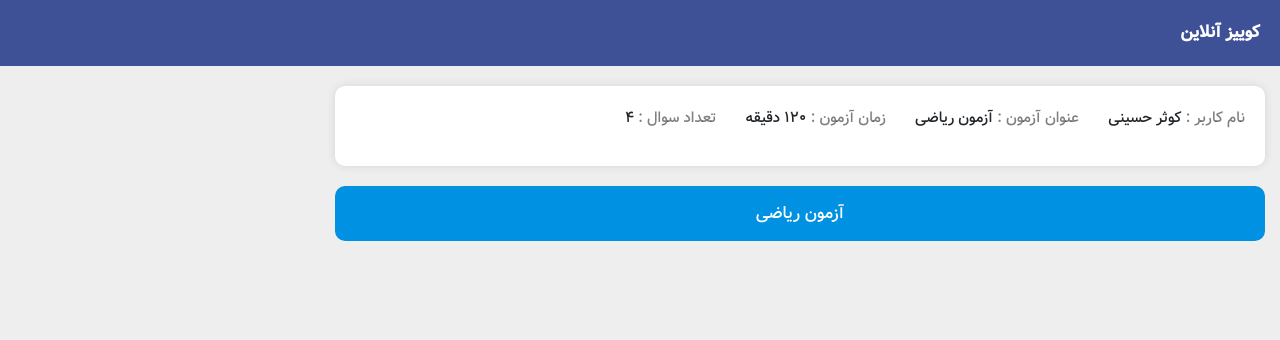
Repository: kosar78/quiz-online
Page: quiz.html
An editor plug-in stored every save of this project. The page is shown before and after the next save, followed by the edit.
The browser window is 1280 px wide. The pictures show the whole page.
Some web libraries are served in a nearby version.

Above is the page before, as saved 2022-01-09 21:13:18.

### quiz.html
<!DOCTYPE html>
<html lang="en">
<head>
    <meta charset="UTF-8">
    <meta name="viewport" content="width=device-width, initial-scale=1.0">
    <link rel="stylesheet" href="css/quiz.css">
    <link rel="stylesheet" href="bootstrap_files/css/bootstrap.min.css">
    <script type="text/javascript" src="JQuery_file/jQuery.js"></script>
    <script type="text/javascript" src="bootstrap_files/js/bootstrap.min.js"></script>
    <!-- <script type="text/javascript" src="js/signin.js"></script> -->
    <title>امتحان</title>
</head>
<body>
    <div class="container-fluid signin-container">
        <div class="row main-row">
            <div class="headerr">کوییز آنلاین</div>

            <div class="col-xl-9">
                <div class="quiz-details">
                    <ul>
                        <li>
                            <ul>
                                <li class="q-info-title">نام کاربر :</li>
                                <li>کوثر حسینی</li>
                            </ul>
                        </li>
                        <li>
                            <ul>
                                <li class="q-info-title">عنوان آزمون :</li>
                                <li>آزمون ریاضی</li>
                            </ul>
                        </li>
                        <li>
                            <ul>
                                <li class="q-info-title">زمان آزمون :</li>
                                <li>120 دقیقه</li>
                            </ul>
                        </li>
                        <li>
                            <ul>
                                <li class="q-info-title">تعداد سوال :</li>
                                <li>4</li>
                            </ul>
                        </li>
                    </ul>
                </div>
                <div class="exam-title-div">
                    <p class="exam-title">
                        آزمون ریاضی
                    </p>
                </div>


                <div class="question-box">

                </div>
            </div>
            <div class="col-xl-3">

            </div>
        </div>
    </div>

    <script src="https://cdnjs.cloudflare.com/ajax/libs/axios/0.18.0/axios.min.js"></script>
    <!-- <script src="./connectToDB/signUp.js"></script> -->

</body>
</html>

### css/quiz.css
@font-face {
    font-family: FirstFont;
    src:url(../font/Vazir-Medium.woff2) format('woff2');
    src:url(../font/Vazir-Medium-FD-WOL.woff2) format('woff2');
  }
* {
    margin: 0;
    padding: 0;
    user-select: none;
    -moz-user-select: none;
    -khtml-user-select: none;
    -webkit-user-select: none;
    -o-user-select: none;
    text-align: right;
    text-decoration:none;
}
html body {
    direction: rtl;
    font-family:FirstFont;
    text-align: center;
    /* background: linear-gradient(260.06deg, #363671 12.33%, #3E5196 57.46%); */
    /* height: 100vh; */
    background-color: #eee;
}

ul li{
    display: inline-block;
    list-style: none;
}
.headerr{
    background-color: #3E5196;
    color: white;
    font-weight: 600;
    width: 100%;
    padding: 20px;
    font-size: 17px;
}
.quiz-details{
    background-color: #fff;
    box-shadow: 0px 0px 10px rgba(0, 0, 0, 0.1);
    border-radius: 10px;
    width: 100%;
    height: max-content;
    padding: 20px !important;
    position: relative;
    margin: 20px 0;
}
.quiz-details ul li ul{
    margin-left: 25px;
    font-size: 15px;
}
.q-info-title{
    color: rgb(0, 0, 0,.5);
}
.exam-title-div{
    background-color:#0091E2;
    border-radius: 10px;
    width: 100%;
    height: max-content;
    padding: 15px !important;
    position: relative;
    margin: 20px 0;
}
.exam-title-div p{
    color: #fff;
    font-size: 17px;
    text-align: center;
    padding-top: 0px;
    margin-bottom: 0px;

}
::placeholder {
    color: rgb(0, 0, 0,.5);
    opacity: 0.95;
  }

:-ms-input-placeholder {
    color: rgb(0, 0, 0,.5);
}

::-ms-input-placeholder {
    color: rgb(0, 0, 0,.5);
}

@media(max-width:335px){
    #password,
    #username,
    #confirm-password,
    #code{
        width: 84%;
    }

}

Loaded but not shown: bootstrap_files/css/bootstrap.min.css (library); JQuery_file/jQuery.js (library); bootstrap_files/js/bootstrap.min.js (library)

After the next save:
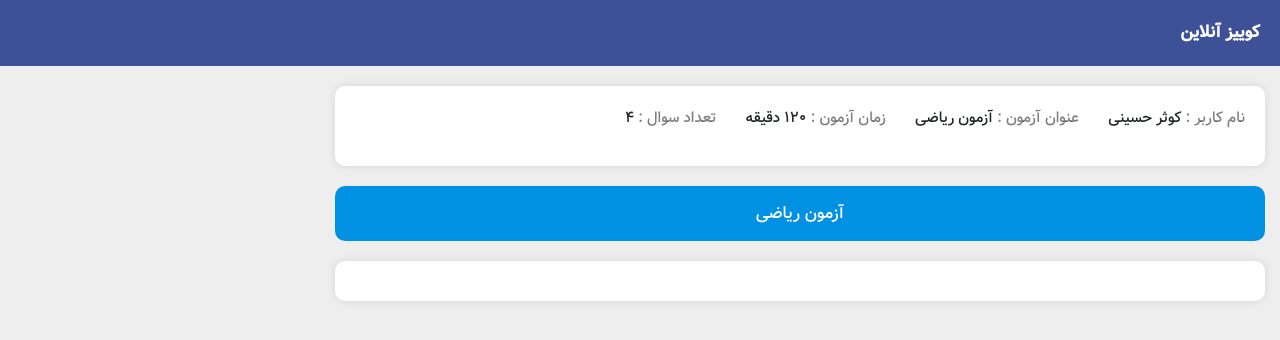
Saved 28 s later.
--- a/css/quiz.css
+++ b/css/quiz.css
@@ -35,7 +35,8 @@ ul li{
     padding: 20px;
     font-size: 17px;
 }
-.quiz-details{
+.quiz-details,
+.question-box{
     background-color: #fff;
     box-shadow: 0px 0px 10px rgba(0, 0, 0, 0.1);
     border-radius: 10px;
